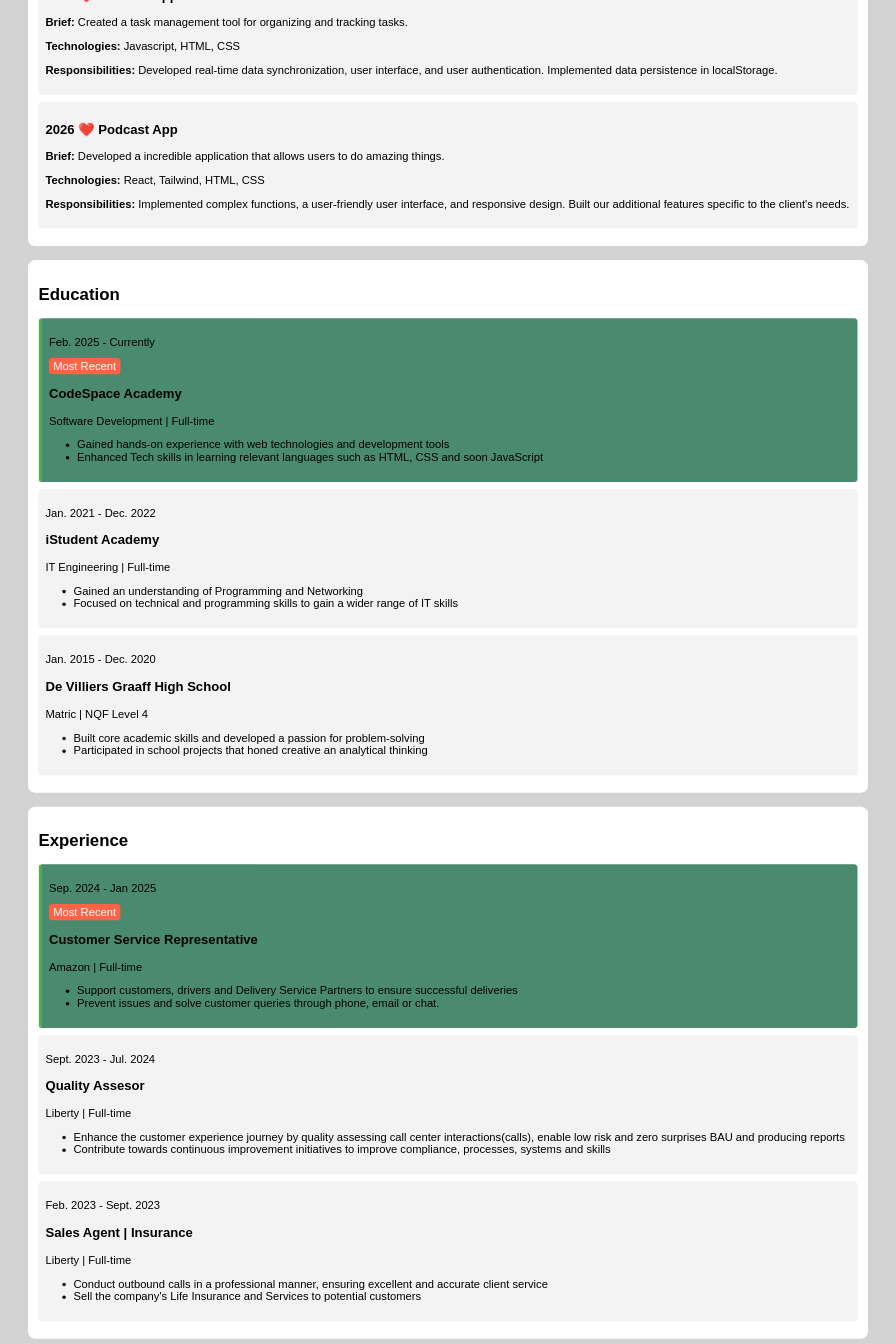
Repository: andajonas/ANDJON25111_fto2502_A2_AndaJonas_SDF_Portfolio_Piece
Page: index.html
The author's editor kept a copy of each file at every save. The page is drawn from the files as they stood at one save, then again after the next save.
The browser window is 1280 px wide. The pictures show the part of the page from y = 1082 to 3002 px (the page is 3128 px tall), at 70% of full size.
A picture or video elsewhere on the page could not be fetched, so the positions and the page height are approximate.

Above is the page before, as saved 2025-04-03 21:39:30.

After the next save:
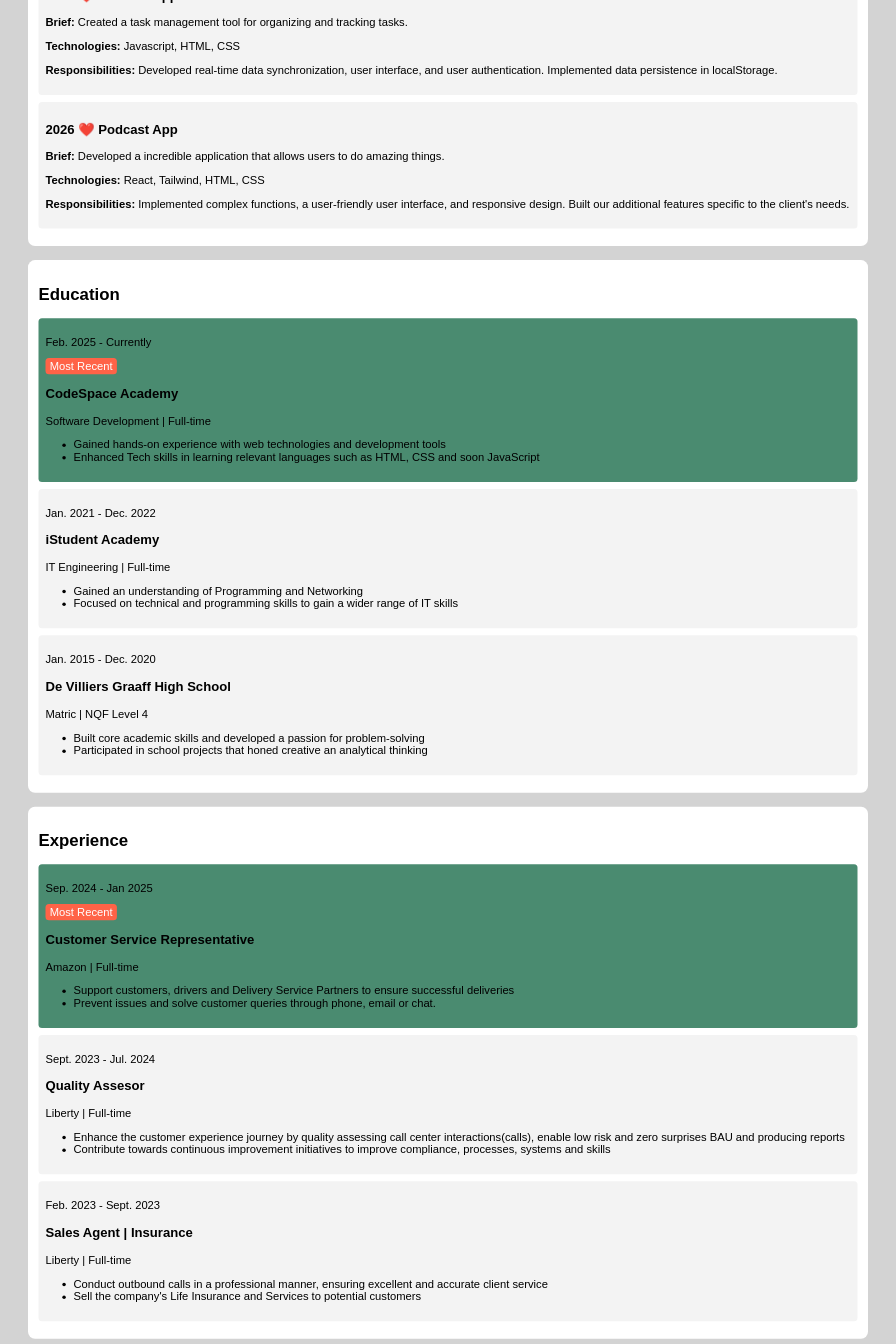
Saved 110 s later.
--- a/styles.css
+++ b/styles.css
@@ -115,10 +115,6 @@ body {
     margin-bottom: 10px;
 }
 
-.green {
-    background: #d5f5e3;
-    border-left: 5px solid #4caf50;
-}
 
 .tag {
     background: #ff6347;
